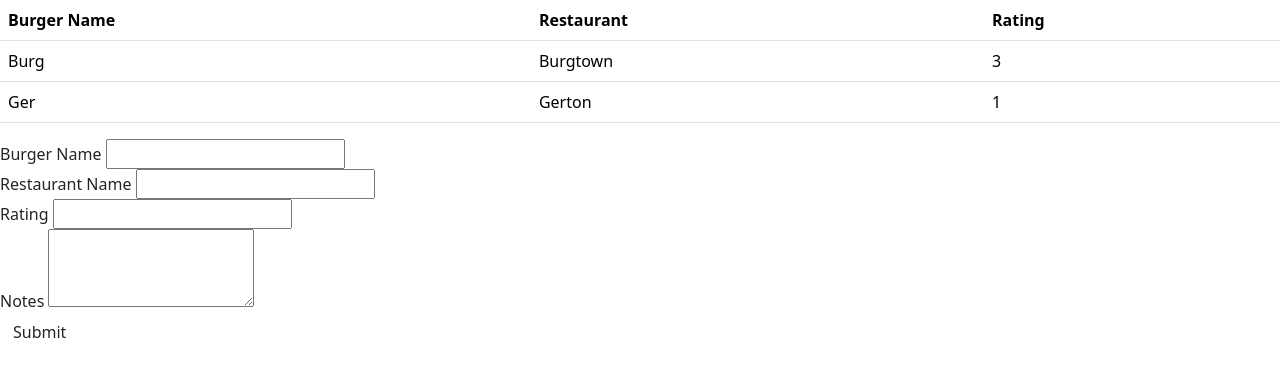
Repository: Hokusai12/Java_Dojo
Page: http://localhost/burgertracker/WEB-INF/index.jsp
An editor plug-in stored every save of this project. The page is shown before and after the next save, followed by the edit.
The browser window is 1280 px wide. The pictures show the whole page.
The page is served by Tomcat 9. Nobody is signed in. The template is opened directly, without the code that normally fills it, so the values that code supplies are empty.

Above is the page before, as saved 2023-03-05 18:19:34.

After the next save:
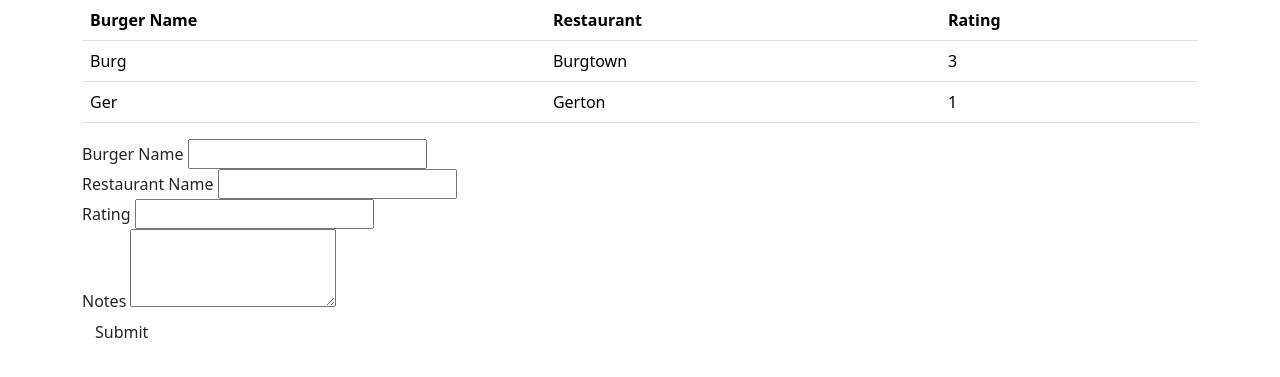
Saved 43 s later.
--- a/Spring/MVC/burgertracker/src/main/webapp/WEB-INF/index.jsp
+++ b/Spring/MVC/burgertracker/src/main/webapp/WEB-INF/index.jsp
@@ -9,45 +9,49 @@
 <title>Burgerator</title>
 </head>
 <body>
-	<table class="table">
-		<thead>
-			<tr>
-				<th>Burger Name</th>
-				<th>Restaurant</th>
-				<th>Rating</th>
-			</tr>
-		</thead>
-		<tbody>
-			<tr>
-				<td>Burg</td>
-				<td>Burgtown</td>
-				<td>3</td>
-			</tr>
-			<tr>
-				<td>Ger</td>
-				<td>Gerton</td>
-				<td>1</td>
-			</tr>
-		</tbody>
-	</table>
-	<form class="form" action="">
-		<div>
-			<label for="name">Burger Name</label>
-			<input type="text" name="name"/>
-		</div>
-		<div>
-			<label for="restaurant">Restaurant Name</label>
-			<input type="text" name="restaurant"/>
-		</div>
-		<div>
-			<label for="rating">Rating</label>
-			<input type="text" name="rating"/>
-		</div>
-		<div>
-			<label for="notes">Notes</label>
-			<textarea name="notes" id="notes" cols="20" rows="3"></textarea>
-		</div>
-		<input class="btn" type="submit" value="Submit"/>
-	</form>
+	<div class="container">
+		<table class="table">
+			<thead>
+				<tr>
+					<th>Burger Name</th>
+					<th>Restaurant</th>
+					<th>Rating</th>
+				</tr>
+			</thead>
+			<tbody>
+				<tr>
+					<td>Burg</td>
+					<td>Burgtown</td>
+					<td>3</td>
+				</tr>
+				<tr>
+					<td>Ger</td>
+					<td>Gerton</td>
+					<td>1</td>
+				</tr>
+			</tbody>
+		</table>
+	</div>
+	<div class="container">
+		<form class="form" action="">
+			<div>
+				<label for="name">Burger Name</label>
+				<input type="text" name="name"/>
+			</div>
+			<div>
+				<label for="restaurant">Restaurant Name</label>
+				<input type="text" name="restaurant"/>
+			</div>
+			<div>
+				<label for="rating">Rating</label>
+				<input type="text" name="rating"/>
+			</div>
+			<div>
+				<label for="notes">Notes</label>
+				<textarea name="notes" id="notes" cols="20" rows="3"></textarea>
+			</div>
+			<input class="btn" type="submit" value="Submit"/>
+		</form>
+	</div>
 </body>
 </html>
